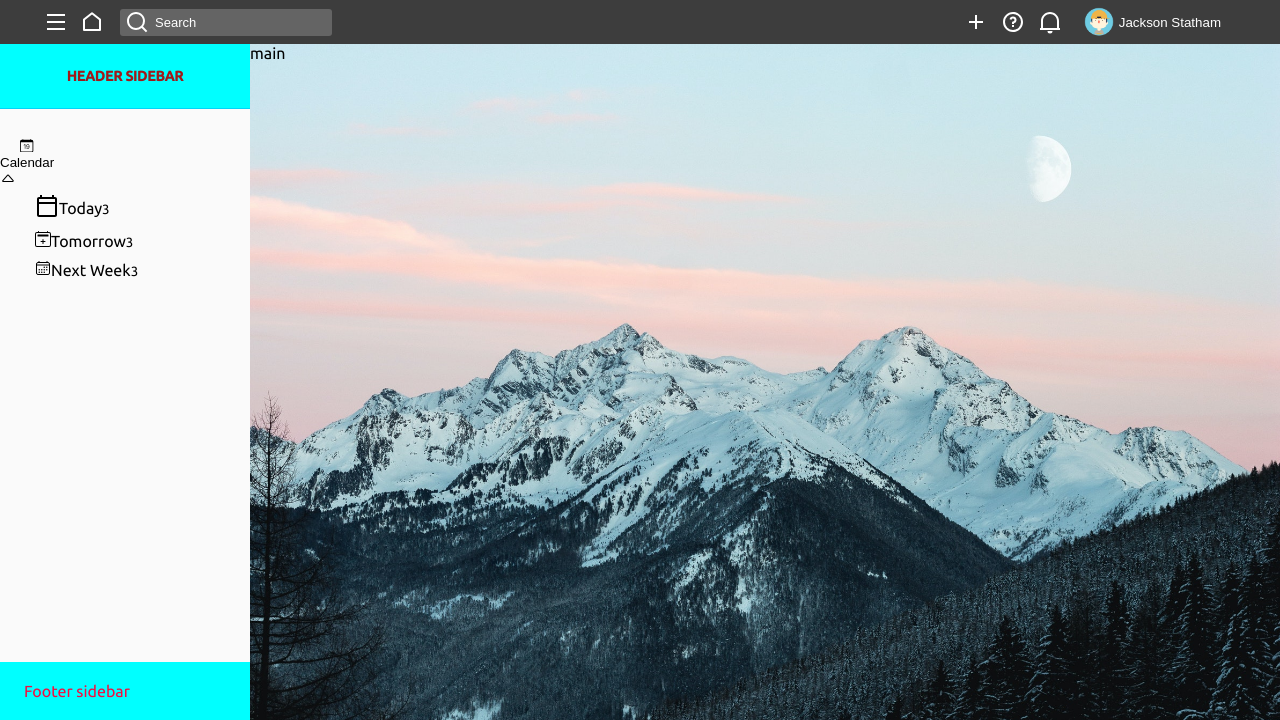
Repository: huuthe1999/to-do-list
Page: /
These files come from the project's save history. The page is drawn as it stood at one moment and after the next save; the edit follows.
The browser window is 1280 px wide. The pictures show the whole page.
The project was rebuilt for these pictures with package versions that can differ from the ones it lists, and the page was loaded fresh each time. Also part of the build but not shown: src/components/form/addForm/addForm.scss, src/components/form/addForm/AddForm.js, src/components/modal/modal.scss, src/components/modal/Modal.js.

Above is the page before, as saved 2022-02-17 14:28:17.

After the next save:
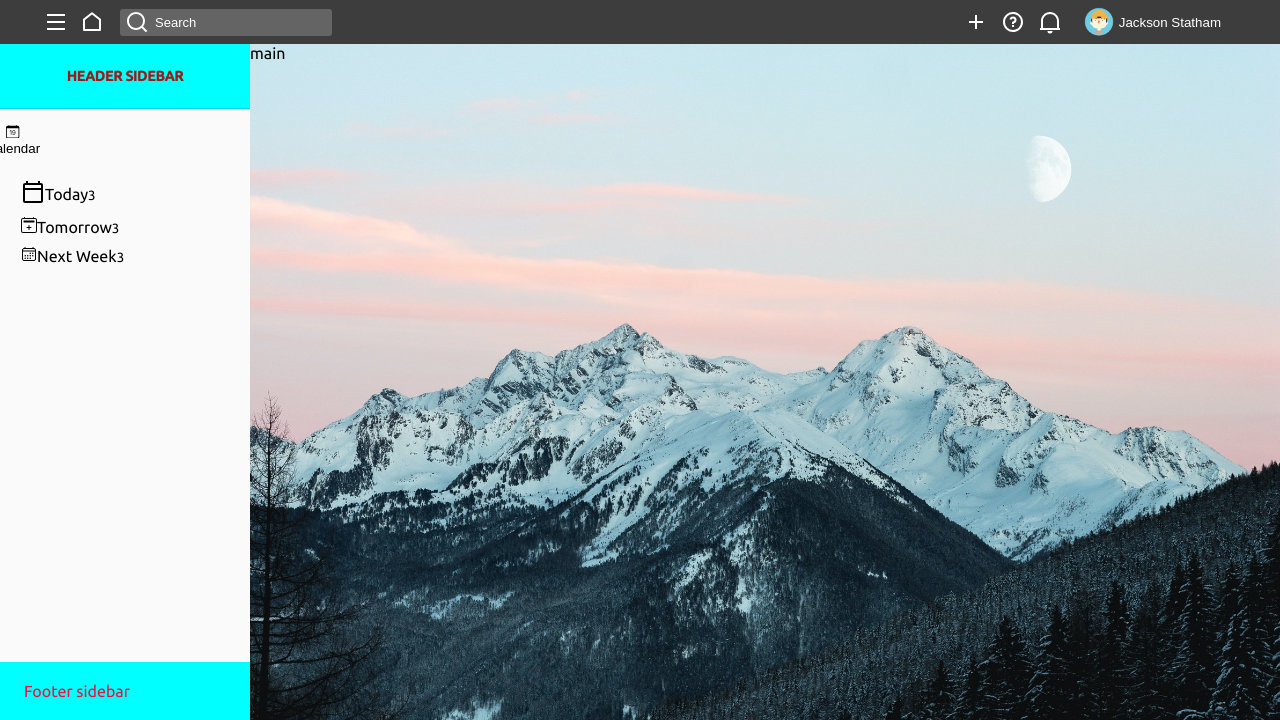
Saved 2 min 8 s later.
--- a/src/components/sideBar/sideBar.scss
+++ b/src/components/sideBar/sideBar.scss
@@ -37,7 +37,7 @@
 
 		&-content {
 			flex-grow: 1;
-			padding: 30px 10px 30px 30px;
+			padding: 1rem 0.5rem 1rem 1rem;
 			background-color: #fafafa;
 		}
 
